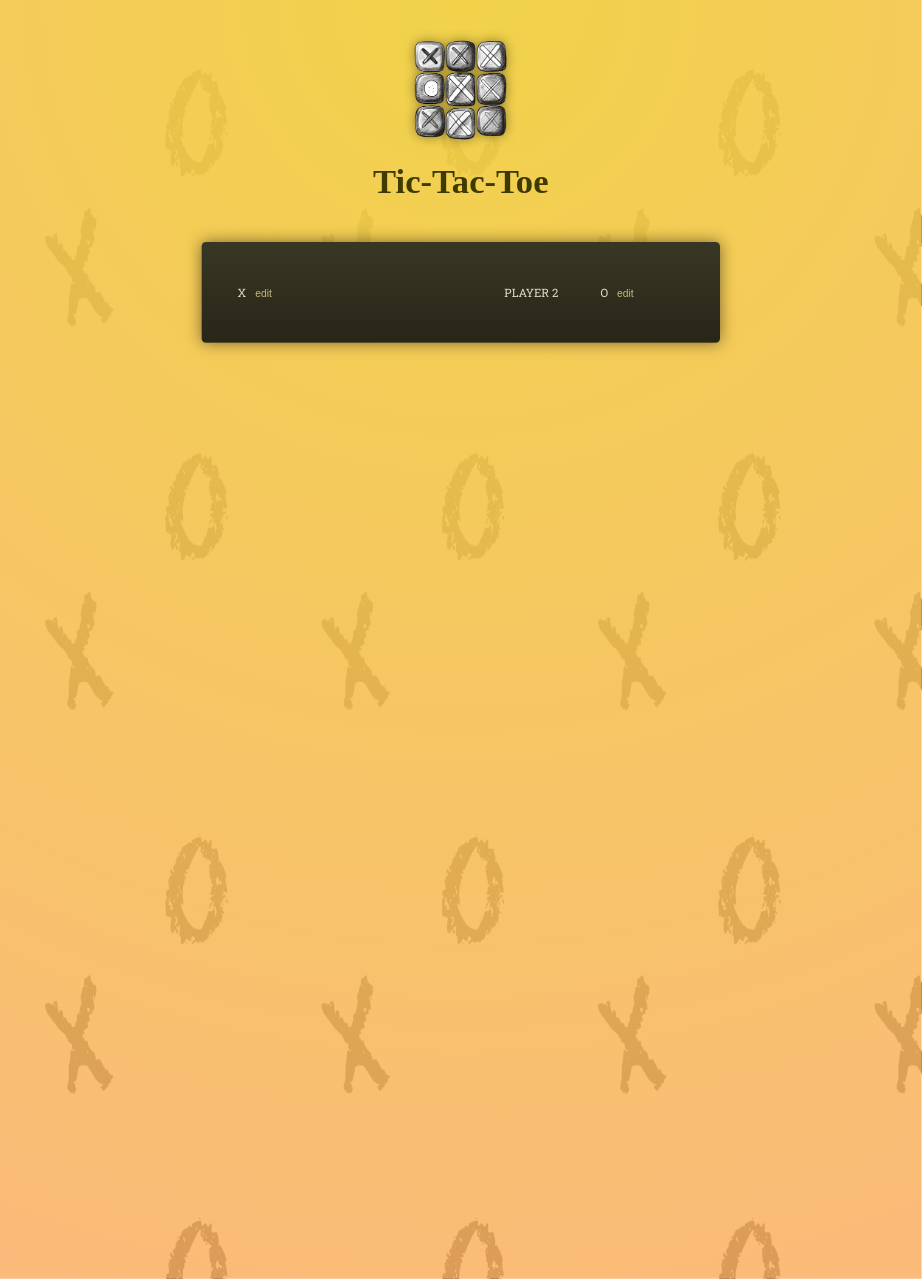
Repository: nithilprasathk/tic-tac-toe
Page: /, after clicking the first element matching `button`
These files come from the project's save history. The page is drawn as it stood at one moment and after a run of saves; the edit follows.
The browser window is 1280 px wide. The pictures show the whole page, at 72% of full size.
Some web fonts or font styles are not loaded; a fallback is used. The project was rebuilt for these pictures with package versions that can differ from the ones it lists, and the page was loaded fresh each time. Also part of the build but not shown: vite.config.js.

Above is the page before, as saved 2024-02-02 17:59:25.

### index.html
<!DOCTYPE html>
<html lang="en">
  <head>
    <meta charset="UTF-8" />
    <link rel="icon" type="image/svg+xml" href="/game-logo.png" />
    <meta name="viewport" content="width=device-width, initial-scale=1.0" />
    <title>React Tic-Tac-Toe</title>
  </head>
  <body>
    <header>
      <img src="game-logo.png" alt="Tic tac toe game board">
      <h1>Tic-Tac-Toe</h1>
    </header>
    <div id="root"></div>
    <script type="module" src="/src/index.jsx"></script>
  </body>
</html>

### src/App.jsx
import Player from "./components/Player"
function App() {


  return (
   <main>
    <div id="game-container">
      <ol id="players">
        <Player name="Player 1" symbol="X"/>
        <Player name="Player 2" symbol="O"/>

      </ol>

    </div>
   </main>
  )
}

export default App

### src/components/Player.jsx
import { useState } from "react";
export default function Player({name,symbol}){
    const [isEditing,setEditing] = useState(false);
    function handleEdit(){
        setEditing(true);
    }
    return(

        <li>
          <span className="players">
         {!isEditing && <span className="player-name">{name}</span>}
         {isEditing }
          <span className="player-symbol">{symbol}</span>
          </span>
          <button onClick={handleEdit}>edit</button>
        </li>

    );
}

Loaded but not shown: src/index.jsx (common file); src/index.css (common file)

After the next 3 saves:
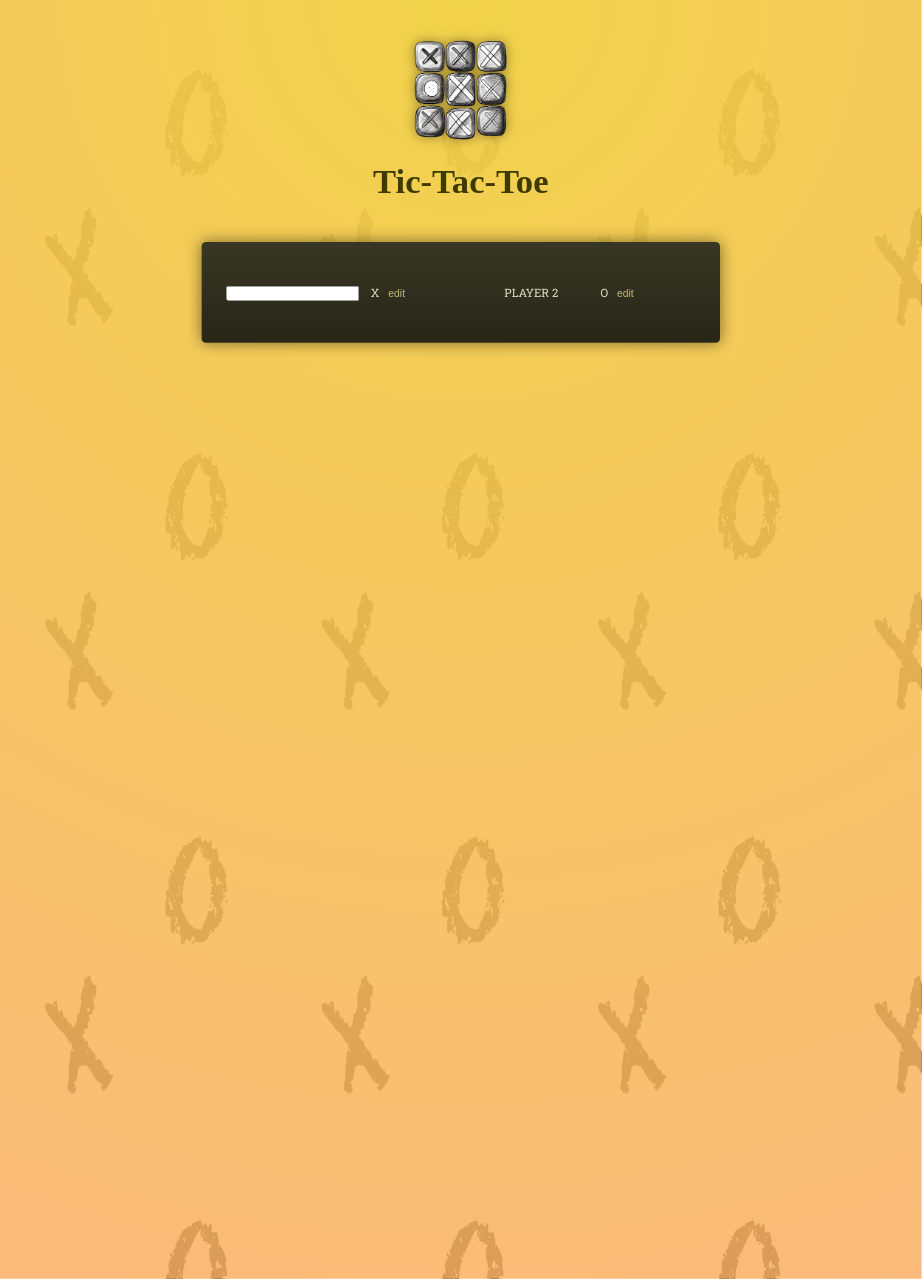
The 3 saves are shown as one change because they came seconds apart.
The last was saved 10 s later.
--- a/src/components/Player.jsx
+++ b/src/components/Player.jsx
@@ -9,7 +9,7 @@ export default function Player({name,symbol}){
         <li>
           <span className="players">
          {!isEditing && <span className="player-name">{name}</span>}
-         {isEditing }
+         {isEditing && <input></input>}
           <span className="player-symbol">{symbol}</span>
           </span>
           <button onClick={handleEdit}>edit</button>
